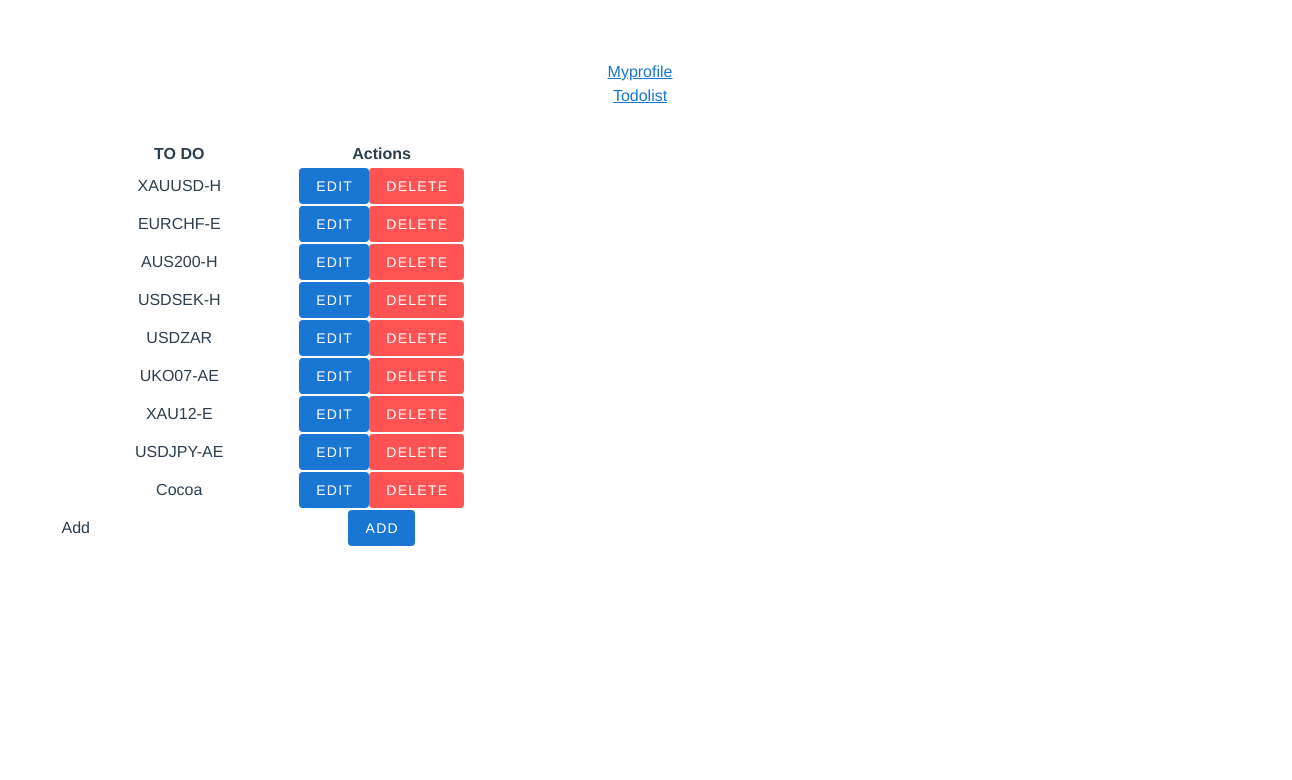
Repository: Shanshan67/todolist
Page: /#/todolist
An editor plug-in stored every save of this project. The page is shown before and after the next save, followed by the edit.
The browser window is 1280 px wide. The page is 1280 px wide, then 1292 px, so the pictures cover 1292 px, including what lies to the right of the window. The pictures show the whole page.
The project was rebuilt for these pictures with package versions that can differ from the ones it lists, and the page was loaded fresh each time. Requests to the local data server were answered from the project's data file. Also part of the build but not shown: src/pages/Dashboard.vue, src/components/Search.vue, src/components/List.vue, src/pages/Myprofile.vue.

Above is the page before, as saved 2022-07-20 19:19:10.

### index.html
<!DOCTYPE html>
<html>
  <head>
    <meta charset="utf-8">
    <meta name="viewport" content="width=device-width,initial-scale=1.0">
    <link href="https://fonts.googleapis.com/css?family=Roboto:100,300,400,500,700,900" rel="stylesheet">
    <link href="https://cdn.jsdelivr.net/npm/@mdi/font@6.x/css/materialdesignicons.min.css" rel="stylesheet">
    <title>baoge</title>
  </head>
  <body>
    <div id="app"></div>
    <!-- built files will be auto injected -->
  </body>
</html>

### src/main.js
// The Vue build version to load with the `import` command
// (runtime-only or standalone) has been set in webpack.base.conf with an alias.
import Vue from 'vue'
import App from './App'
import router from './router'
import store from './store'
import './plugins/vuetify'
import vuetify from '@/plugins/vuetify'

Vue.config.productionTip = false

/* eslint-disable no-new */
new Vue({
  el: '#app',
  router,
  store,
  vuetify,
  components: { App },
  template: '<App/>'
})

### src/App.vue
<template>
  <v-app>
    <div>
      <HelloWorld/>
    </div>
    <div>
      <router-link to="/profile">Myprofile</router-link>
      <v-spacer></v-spacer>
      <router-link to="/todolist">Todolist</router-link>
    </div>
    <v-content>
      <router-view/>
    </v-content>
  </v-app>
</template>

<script>
import Dashboard from './pages/Dashboard.vue';
export default {
    name: "App",
    components: { Dashboard }
}
</script>

<style>
#app {
  font-family: 'Avenir', Helvetica, Arial, sans-serif;
  -webkit-font-smoothing: antialiased;
  -moz-osx-font-smoothing: grayscale;
  text-align: center;
  color: #2c3e50;
  margin-top: 60px;
}
</style>

### src/router/index.js
import Vue from 'vue'
import Router from 'vue-router'
import Dashboard from '@/pages/Dashboard'
import Myprofile from '../pages/Myprofile'
import Todolist from '../pages/Todolist'

Vue.use(Router)

export default new Router({
  routes: [
    {
      path: '/',
      name: 'Dashboard',
      component: Dashboard
    },
    {
			path:'/profile',
			component:Myprofile
		},
		{
			path:'/todolist',
			component:Todolist
		}
  ]
})

### src/store/index.js
import Vue from 'vue'
import Vuex from 'vuex'
import Axios from "axios"

Vue.use(Vuex)

const todoUrl = "http://localhost:3000/todos";

const actions = {
	searchName(context,value){
		Axios.get(`${todoUrl}/${value}`).then(response => {
            context.commit('searchName', response.data);
			console.log(response.data)
        });
	}
}


const mutations = {
	searchName(state,data){
		state.users = data
	}
}

const state = {
	users:[]
}

export default new Vuex.Store({
	state,
	actions,
	mutations
})

### src/plugins/vuetify.js
// src/plugins/vuetify.js

import Vue from 'vue'
import Vuetify from 'vuetify'
import 'vuetify/dist/vuetify.min.css'

Vue.use(Vuetify, {
    iconfont: 'md',
    theme:{
        primary: '#962ff',
        success: '#3cd1c2',
        info: '#ffaa2c',
        error: '#f83e70',
    }
})

const opts = {}

export default new Vuetify(opts)

### src/pages/Todolist.vue
<template>
	<div class="container">
		<div class="row">
			<div class="col-12">
				<table class="table table-bordered mt-5">
					<thead>
						<tr>
							<th>TO DO</th>
							<th>Actions</th>
						</tr>
					</thead>
					<tbody>
						<tr v-for="(item, i) in todoList" :key="i">
							<td class="align-middle w-75">
								{{item.name}}
							</td>
							<td class="align-middle text-center w-75">
								<v-btn
        							depressed
        							color="primary"
									@click="handleEdit(item.id)">Edit</v-btn>
      		 					<v-btn
        							depressed
        							color="error"
									@click="handleDelete(item.id)">Delete</v-btn>
							</td>
						</tr>
					</tbody>
					<tfoot>
						<td class="align-middle text-center w-75">
							<div class="form-group">
								<label for="">
									{{ editMode ? "Edit" : "Add" }}</label>
								<input
									type="text"
									class="form-control"
									v-model="todoItem.name"
								/>
							</div>
						</td>
						<td class="align-middle text-center w-25">
							<v-btn
        						depressed
        						color="primary"
								@click="handleToDoItem">{{ editMode ? "Edit" : "Add" }}</v-btn>
							<v-btn
								v-if="editMode"
        						depressed
        						color="error"
								@click="handleCancel">Cancel</v-btn>
						</td>
					</tfoot>
				</table>
			</div>
		</div>
	</div>
</template>

<script>
	import Axios from "axios";
	const todoUrl = "http://localhost:3000/todos";
	export default {
		name:'Todolist',
		data() {
			return {
				todoList:[],
				todoItem:{},
				editMode:false
			}
		},
		methods: {
			handleEdit(id){
				this.editMode=true;
				this.todoItem=this.todoList.find((item) => item.id == id);
			},
			handleCancel() {
				this.editMode=false;
				this.todoItem="";
			},
			async handleToDoItem(){
				const id=this.todoItem.id;
				if(this.editMode){
					await Axios.put(`${todoUrl}/${id}`, this.todoItem);
					this.editMode=false;
					this.todoItem.name="";
				}else{
					await Axios.post(todoUrl, this.todoItem);
					this.todoItem.name = "";
				}
				Axios.get(todoUrl).then((response) => (this.todoList = response.data));
			},
			async handleDelete(id) {
				await Axios.delete(`${todoUrl}/${id}`);
				Axios.get(todoUrl).then((response) => (this.todoList = response.data));
			}
		},
		created() {
			Axios.get(todoUrl).then((response) => (this.todoList = response.data));
		}
	}
</script>

### db.json
{
  "todos": [
    {
      "id": 2,
      "server_id": 3,
      "name": "XAUUSD-H",
      "description": "Gold vs USD",
      "currency": "USD",
      "type": 4,
      "digits": 2,
      "trade": 0,
      "swap_long": -1.83625,
      "swap_short": 1.82325,
      "contract_size": 100
    },
    {
      "id": 3,
      "server_id": 3,
      "name": "EURCHF-E",
      "description": "Euro vs Swiss Franc",
      "currency": "EUR",
      "type": 6,
      "digits": 5,
      "trade": 0,
      "swap_long": 0.027,
      "swap_short": -0.825,
      "contract_size": 100000
    },
    {
      "id": 4,
      "server_id": 3,
      "name": "AUS200-H",
      "description": "S&P/ASX200",
      "currency": "AUD",
      "type": 4,
      "digits": 2,
      "trade": 0,
      "swap_long": 0.68,
      "swap_short": -1.06,
      "contract_size": 1
    },
    {
      "id": 5,
      "server_id": 3,
      "name": "USDSEK-H",
      "description": "US Dollar vs Swedish Krona",
      "currency": "USD",
      "type": 4,
      "digits": 5,
      "trade": 0,
      "swap_long": 0.256,
      "swap_short": -1.44,
      "contract_size": 100000
    },
    {
      "id": 6,
      "server_id": 3,
      "name": "USDZAR",
      "description": "US Dollar vs South African Rand",
      "currency": "USD",
      "type": 0,
      "digits": 5,
      "trade": 2,
      "swap_long": -23.004,
      "swap_short": 5.88,
      "contract_size": 100000
    },
    {
      "id": 8,
      "server_id": 3,
      "name": "UKO07-AE",
      "description": "Brent Crude Oil Cash Future 0124-0530",
      "currency": "USD",
      "type": 29,
      "digits": 3,
      "trade": 0,
      "swap_long": -8.604,
      "swap_short": 4.626,
      "contract_size": 1000
    },
    {
      "id": 9,
      "server_id": 3,
      "name": "XAU12-E",
      "description": "Gold Future",
      "currency": "USD",
      "type": 4,
      "digits": 2,
      "trade": 0,
      "swap_long": -11.088,
      "swap_short": 0.792,
      "contract_size": 100
    },
    {
      "id": 10,
      "server_id": 3,
      "name": "USDJPY-AE",
      "description": "US Dollar vs Japanese Yen",
      "currency": "USD",
      "type": 27,
      "digits": 3,
      "trade": 0,
      "swap_long": 1.35,
      "swap_short": -4.191,
      "contract_size": 100000
    },
    {
      "id": 11,
      "server_id": 3,
      "name": "Cocoa",
      "description": "US Cocoa",
      "currency": "USD",
      "type": 20,
      "digits": 1,
      "trade": 0,
      "swap_long": -12.3289,
      "swap_short": 7.3873,
      "contract_size": 10
    }
  ]
}

After the next save:
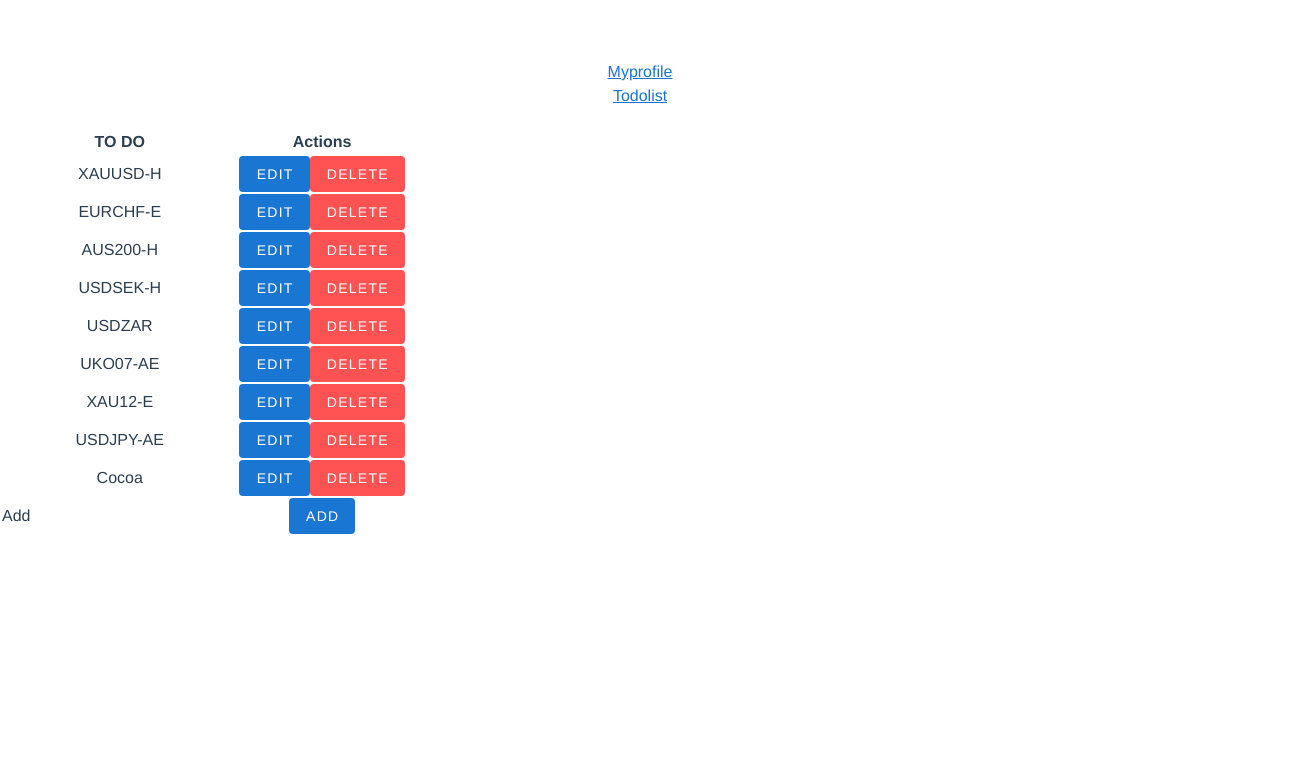
Saved 14 min 7 s later.
--- a/src/pages/Todolist.vue
+++ b/src/pages/Todolist.vue
@@ -1,5 +1,5 @@
 <template>
-	<div class="container">
+	<div>
 		<div class="row">
 			<div class="col-12">
 				<table class="table table-bordered mt-5">
